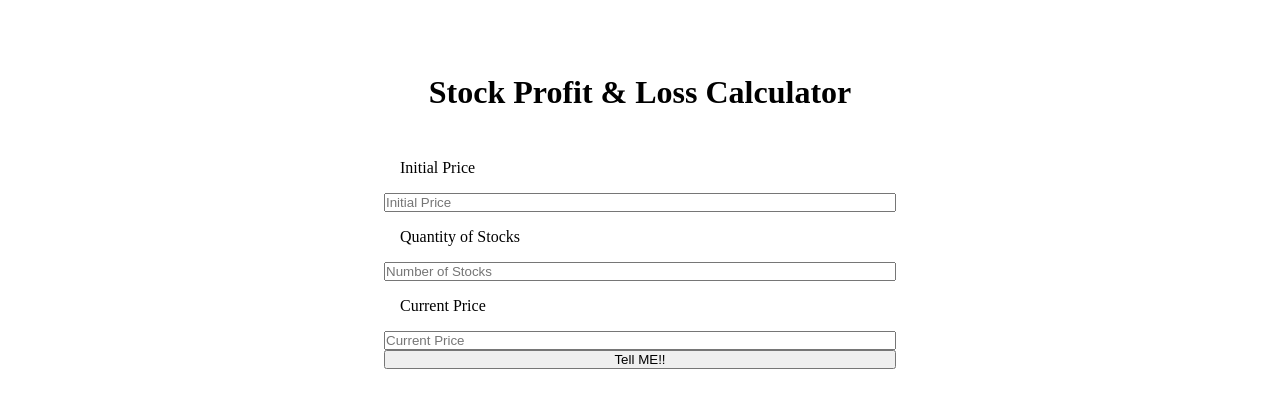
Repository: patelamancode/Stock-P-L-Calculator
Page: index.html
An editor plug-in stored every save of this project. The page is shown before and after the next save, followed by the edit.
The browser window is 1280 px wide. The pictures show the whole page.

Above is the page before, as saved 2022-11-23 18:04:02.

After the next save:
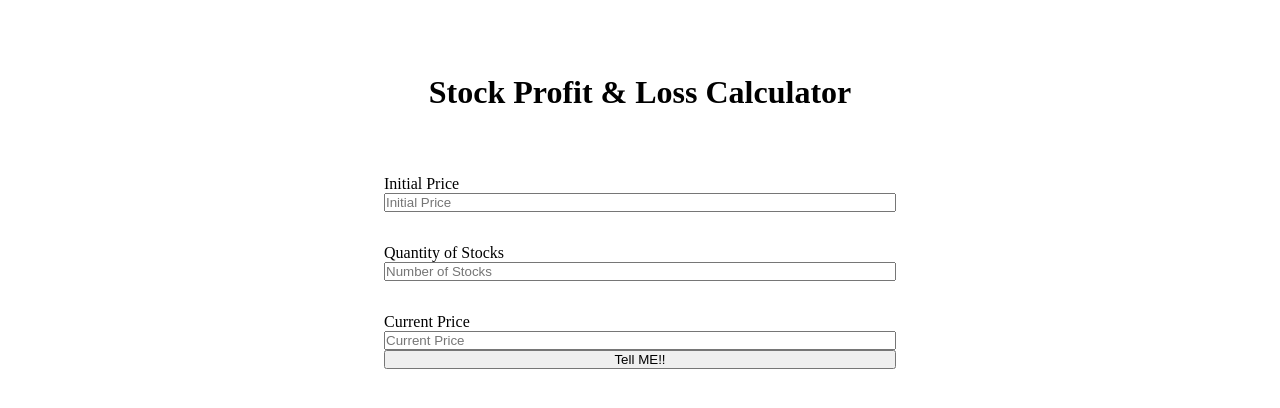
Saved 28 s later.
--- a/index.css
+++ b/index.css
@@ -18,6 +18,6 @@
     margin: 2rem 0;
   }
   label{
-    margin: 1rem;
+    margin-top: 2rem;
     text-align: left;
   }
